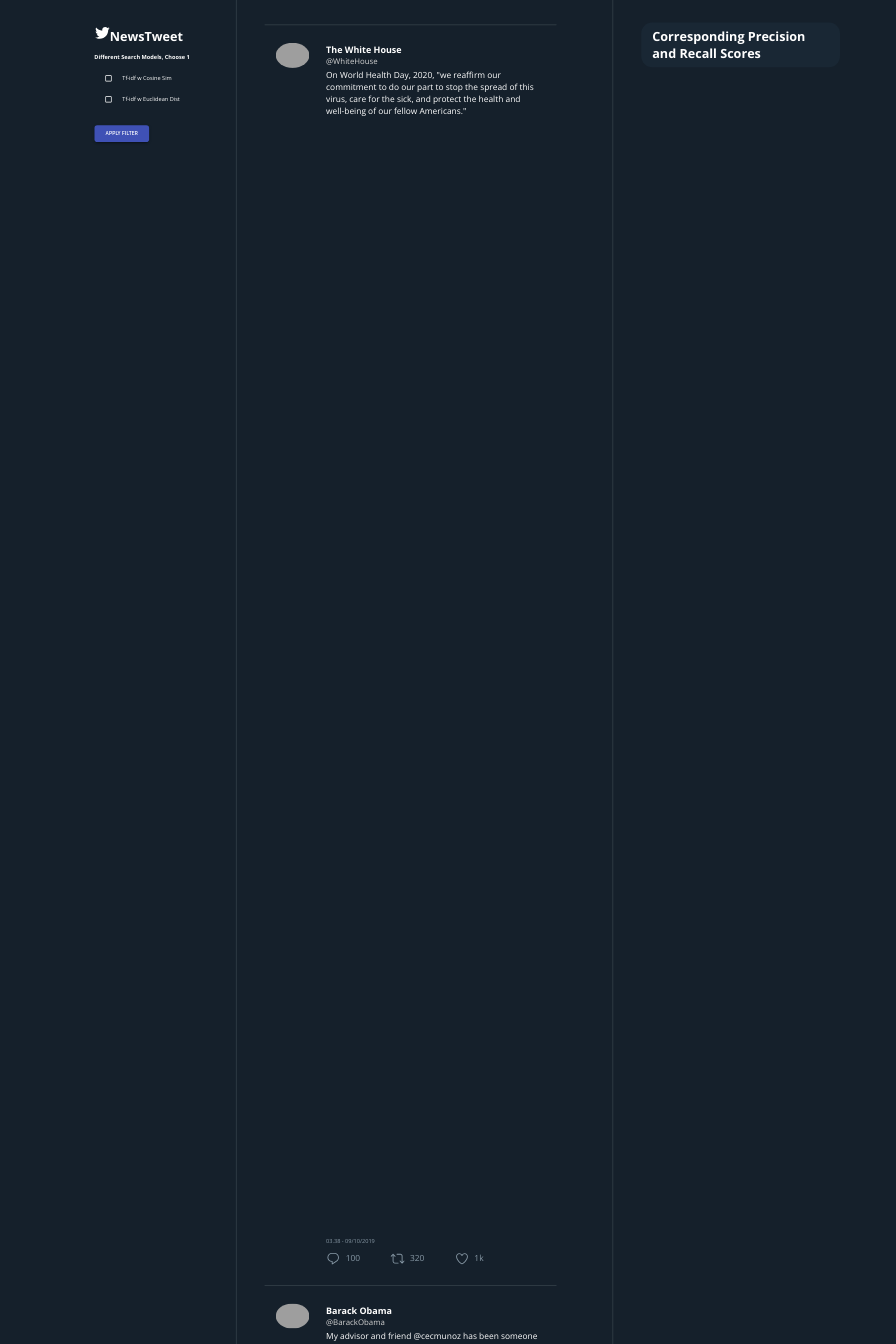
Repository: Dustyik/TwitterAIproj
Page: / (app in FrontEnd/)
An editor plug-in stored every save of this project. The page is shown before and after a run of saves, followed by the edit.
The browser window is 1280 px wide. The pictures show the part of the page from y = 0 to 1920 px (the page is 5487 px tall before and 723 px after), at 70% of full size.
Pictures or frames that could not be fetched are drawn as grey boxes. The page's requests for data from a server got no answer. The project was rebuilt for these pictures with package versions that can differ from the ones it lists, and the page was loaded fresh each time. No one was signed in, and anything a server would have sent is missing. Also part of the build but not shown: FrontEnd/src/components/trending/Trend.js, FrontEnd/src/components/trending/TrendsList.js, FrontEnd/src/components/trending/FollowSuggestionCard.js, FrontEnd/src/styles/FollowList.css, FrontEnd/src/components/trending/FollowSuggestionsList.js, FrontEnd/src/components/StatusCard.js, FrontEnd/src/pages/Status.js, FrontEnd/src/components/profile/ProfileHead.js and 3 more.

Above is the page before, as saved 2021-08-03 00:26:17.

After the next 3 saves:
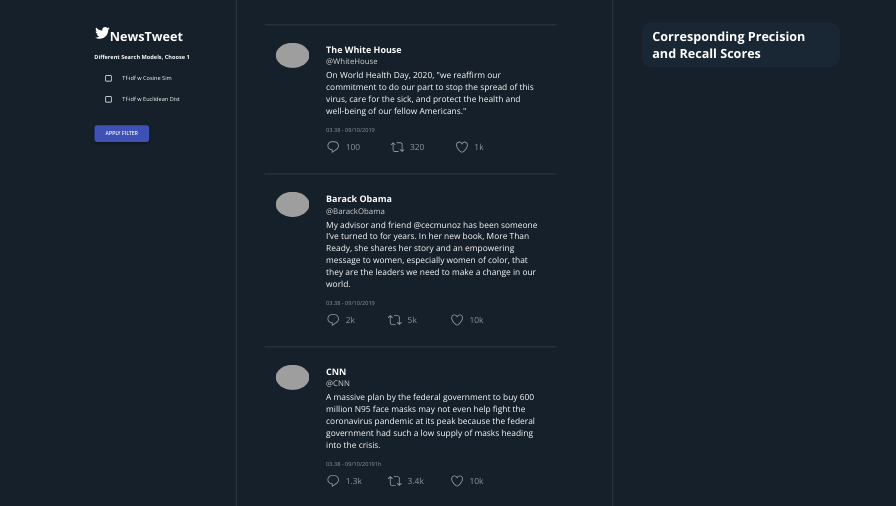
The 3 saves are shown as one change because they came seconds apart.
The last was saved 11 s later.
--- a/FrontEnd/src/styles/TweetCard.css
+++ b/FrontEnd/src/styles/TweetCard.css
@@ -15,7 +15,7 @@
 
 .tweet-card-time {
     display:inline-block;
-    padding-top: 200rem;
+    padding-top: 1.5rem;
     font-size: 1rem;
     color    : var(--grey);
 }
